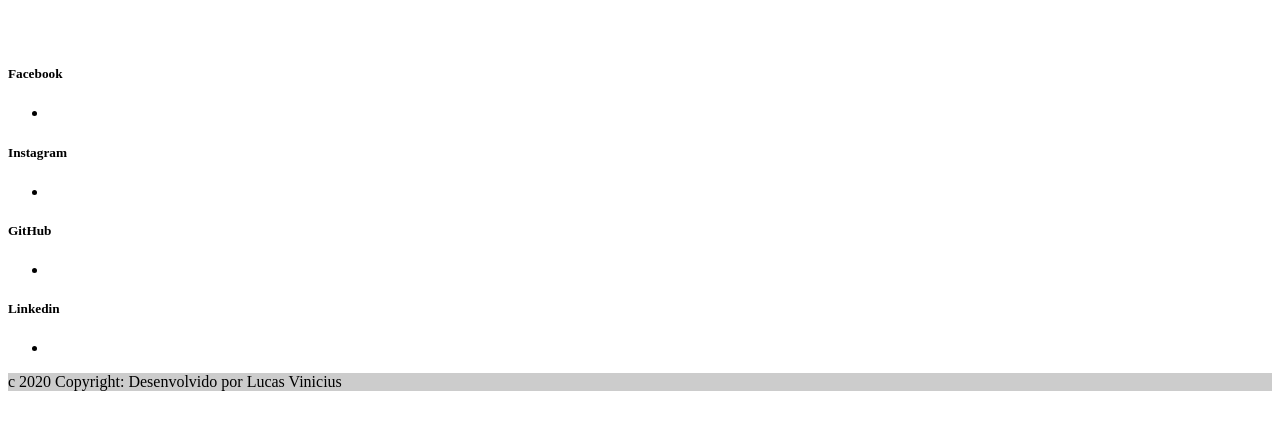
Repository: LucasV26/Projeto_TFT_3
Page: TFTbuilder/WebContent/Views/foot.html
These files come from the project's save history. The page is drawn as it stood at one moment and after the next save; the edit follows.
The browser window is 1280 px wide. The pictures show the whole page.

Above is the page before, as saved 2021-01-26 05:08:18.

After the next save:
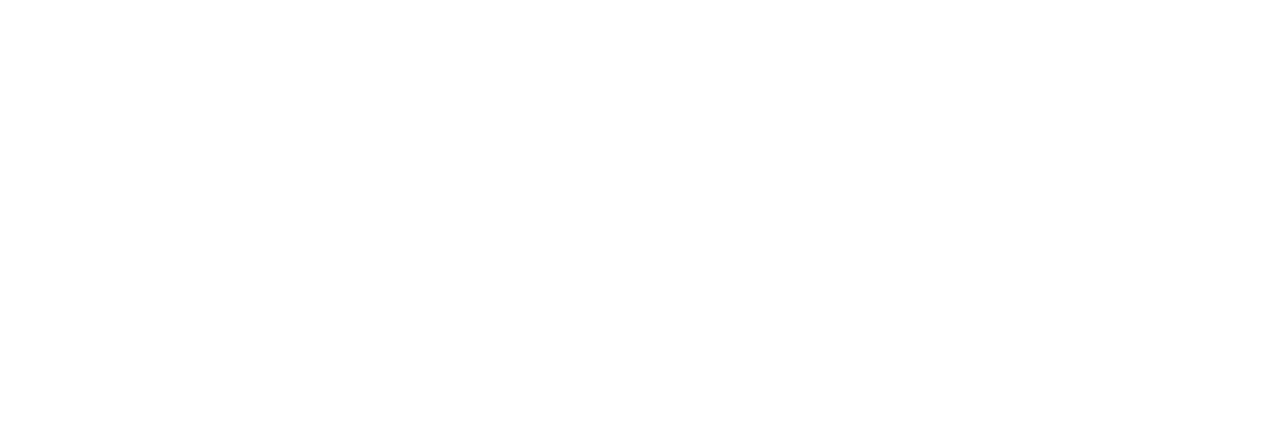
Saved 6 min 0 s later.
--- a/TFTbuilder/WebContent/Views/foot.html
+++ b/TFTbuilder/WebContent/Views/foot.html
@@ -1,67 +1,4 @@
-		<br>
-		<br>
-		<footer class="bg-dark text-light text-center text-lg-start fixed-bottom">
 
-		  <div class="container p-4">
-		    <div class="row">
-
-		      <div class="col-lg-3 col-md-6 mb-4 mb-md-0">
-		        <h5 class="text-uppercase">Facebook</h5>
-
-		        <ul class="list-unstyled mb-0">
-		          <li>
-		            <a class="btn btn-primary" target="_blank" style="background-color: #3b5998" href="https://www.facebook.com/profile.php?id=100004270237967" role="button"
-					  ><i class="fab fa-facebook-f"></i
-					></a>
-		          </li>
-		        </ul>
-		      </div>
-
-		      <div class="col-lg-3 col-md-6 mb-4 mb-md-0">
-		        <h5 class="text-uppercase">Instagram</h5>
-
-		        <ul class="list-unstyled mb-0">
-		          <li>
-		            <a class="btn btn-primary" target="_blank" style="background-color: #ac2bac" href="https://www.instagram.com/caslus_luscas/" role="button"
-					  ><i class="fab fa-instagram"></i
-					></a>
-		          </li>
-		        </ul>
-		      </div>
-
-		      <div class="col-lg-3 col-md-6 mb-4 mb-md-0">
-		        <h5 class="text-uppercase">GitHub</h5>
-
-		        <ul class="list-unstyled mb-0">
-		          <li>
-		            <a class="btn btn-primary" target="_blank" style="background-color: #333333" href="https://github.com/LucasV26" role="button"
-					  ><i class="fab fa-github"></i
-					></a>
-		          </li>
-		        </ul>
-		      </div>
-
-		      <div class="col-lg-3 col-md-6 mb-4 mb-md-0">
-		        <h5 class="text-uppercase">Linkedin</h5>
-
-		        <ul class="list-unstyled mb-0">
-		          <li>
-		            <a class="btn btn-primary" target="_blank" style="background-color: #0082ca" href="https://www.linkedin.com/in/lucas-vinicius-1ab2031a2/" role="button"
-				  	   ><i class="fab fa-linkedin-in"></i
-				    ></a>
-		          </li>
-		        </ul>
-		      </div>
-
-		    </div>
-		  </div>
-
-		  <div class="text-center p-3" style="background-color: rgba(0, 0, 0, 0.2)">
-		    c 2020 Copyright:
-		    Desenvolvido por Lucas Vinicius
-		  </div>
-
-		</footer>
 	</body>
 	<script type="text/javascript" src="../MDB/js/mdb.min.js"></script>
 </html>

After the save that followed:
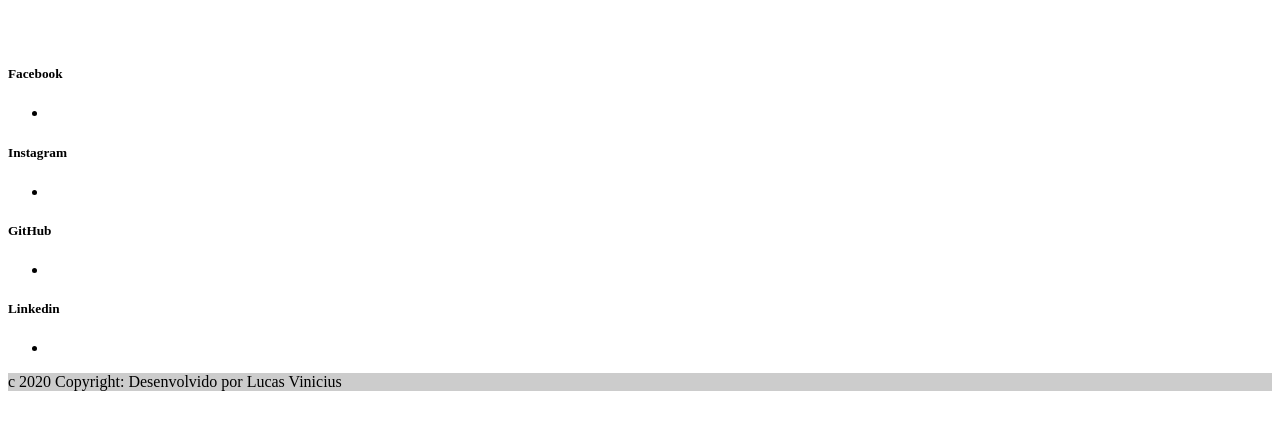
Saved 16 s later.
--- a/TFTbuilder/WebContent/Views/foot.html
+++ b/TFTbuilder/WebContent/Views/foot.html
@@ -1,4 +1,67 @@
+		<br>
+		<br>
+		<footer class="bg-dark text-light text-center text-lg-start fixed-bottom">
 
+		  <div class="container p-4">
+		    <div class="row">
+
+		      <div class="col-lg-3 col-md-6 mb-4 mb-md-0">
+		        <h5 class="text-uppercase">Facebook</h5>
+
+		        <ul class="list-unstyled mb-0">
+		          <li>
+		            <a class="btn btn-primary" target="_blank" style="background-color: #3b5998" href="https://www.facebook.com/profile.php?id=100004270237967" role="button"
+					  ><i class="fab fa-facebook-f"></i
+					></a>
+		          </li>
+		        </ul>
+		      </div>
+
+		      <div class="col-lg-3 col-md-6 mb-4 mb-md-0">
+		        <h5 class="text-uppercase">Instagram</h5>
+
+		        <ul class="list-unstyled mb-0">
+		          <li>
+		            <a class="btn btn-primary" target="_blank" style="background-color: #ac2bac" href="https://www.instagram.com/caslus_luscas/" role="button"
+					  ><i class="fab fa-instagram"></i
+					></a>
+		          </li>
+		        </ul>
+		      </div>
+
+		      <div class="col-lg-3 col-md-6 mb-4 mb-md-0">
+		        <h5 class="text-uppercase">GitHub</h5>
+
+		        <ul class="list-unstyled mb-0">
+		          <li>
+		            <a class="btn btn-primary" target="_blank" style="background-color: #333333" href="https://github.com/LucasV26" role="button"
+					  ><i class="fab fa-github"></i
+					></a>
+		          </li>
+		        </ul>
+		      </div>
+
+		      <div class="col-lg-3 col-md-6 mb-4 mb-md-0">
+		        <h5 class="text-uppercase">Linkedin</h5>
+
+		        <ul class="list-unstyled mb-0">
+		          <li>
+		            <a class="btn btn-primary" target="_blank" style="background-color: #0082ca" href="https://www.linkedin.com/in/lucas-vinicius-1ab2031a2/" role="button"
+				  	   ><i class="fab fa-linkedin-in"></i
+				    ></a>
+		          </li>
+		        </ul>
+		      </div>
+
+		    </div>
+		  </div>
+
+		  <div class="text-center p-3" style="background-color: rgba(0, 0, 0, 0.2)">
+		    c 2020 Copyright:
+		    Desenvolvido por Lucas Vinicius
+		  </div>
+
+		</footer>
 	</body>
 	<script type="text/javascript" src="../MDB/js/mdb.min.js"></script>
 </html>
